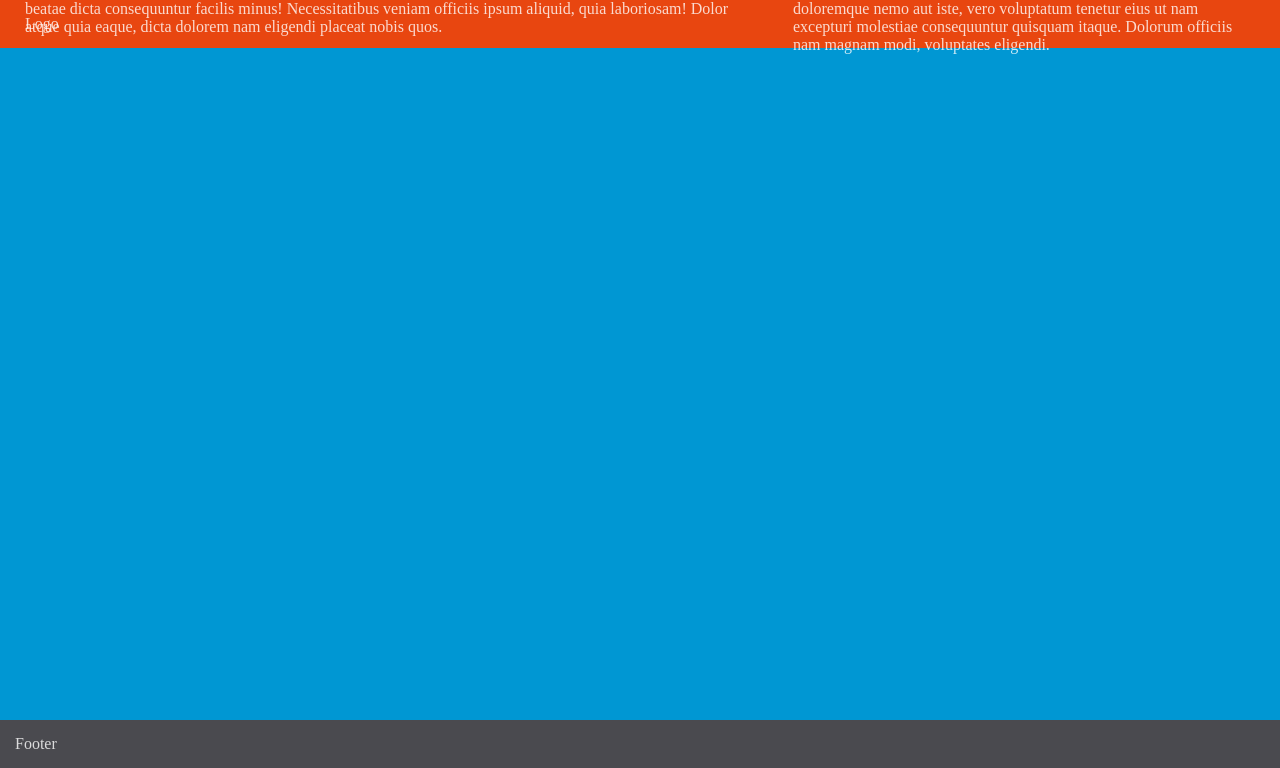
Repository: Leannald13/Another-website-attempt
Page: index.html
The author's editor kept a record of every edit. The page is drawn from the files as they stood at one moment, then again after the next edit.
The browser window is 1280 px wide. The pictures show the whole page.

Above is the page before.

After the next edit:
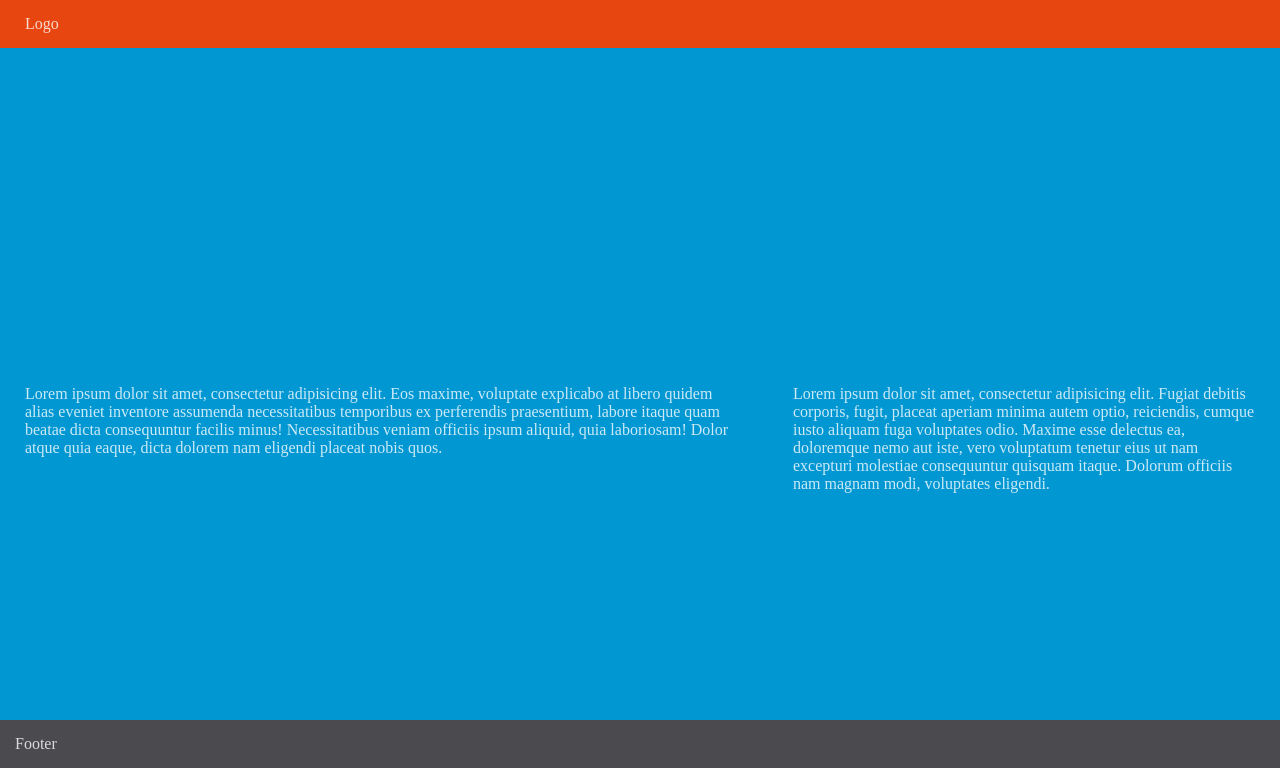
The edit:
--- a/main.css
+++ b/main.css
@@ -22,7 +22,7 @@
     height: 100%;
 }
 
-.article, aside {
+.vcenter {
     position: relative;
     top: 50%;
     transform: translateY(-50%);
